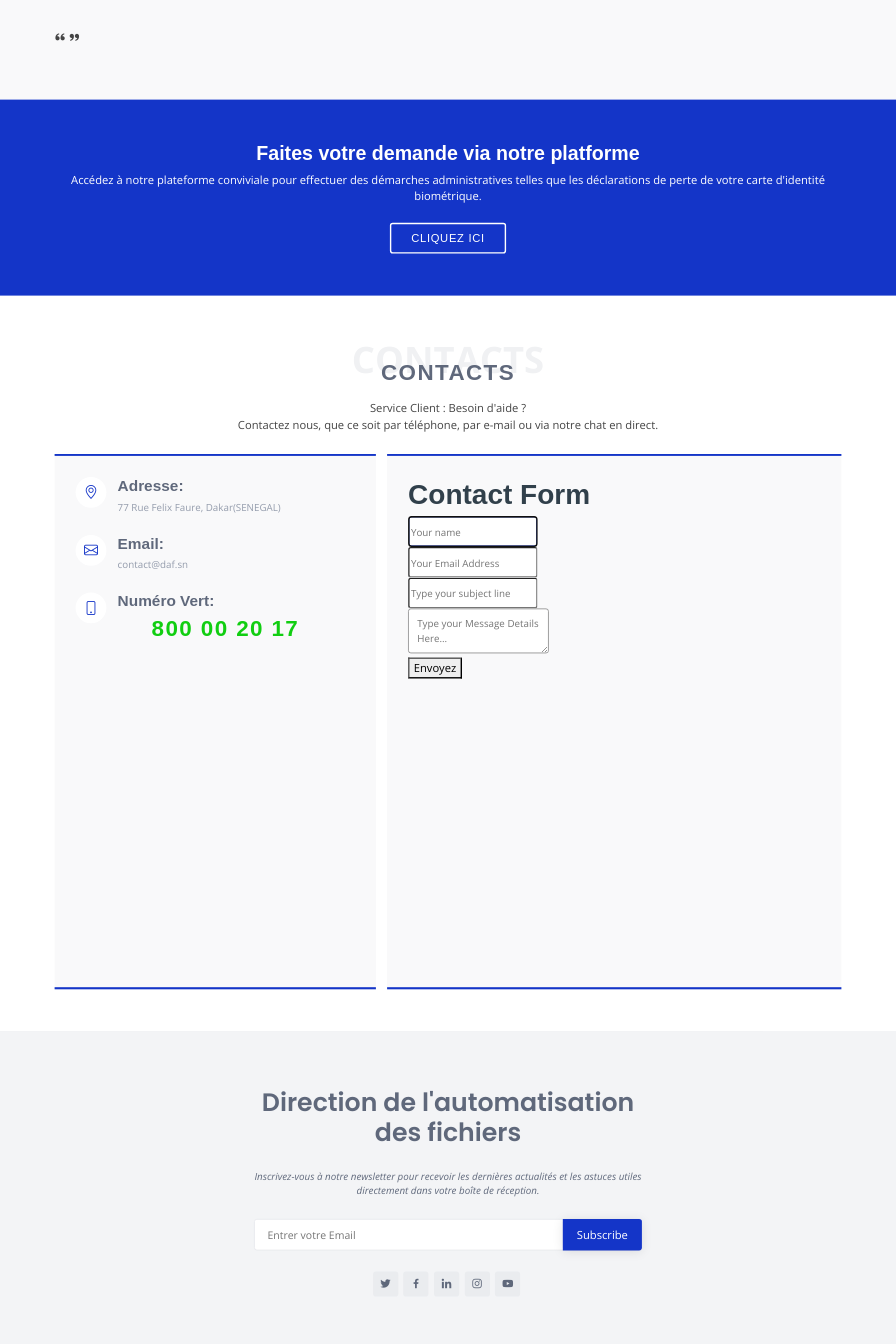
Repository: JunshDev/prodaf
Page: http://localhost/phpmailer/
These files come from the project's save history. The page is drawn as it stood at one moment and after the next save; the edit follows.
The browser window is 1280 px wide. The pictures show the part of the page from y = 4446 to 6366 px (the page is 6480 px tall), at 70% of full size.
Pictures or frames that could not be fetched are drawn as grey boxes. Some web fonts or font styles are not loaded; a fallback is used. Some web libraries are served in a nearby version. The page is run by PHP 8.4 with error messages shown; the project is at /var/www/html/.

Above is the page before, as saved 2023-11-24 15:41:48.

After the next save:
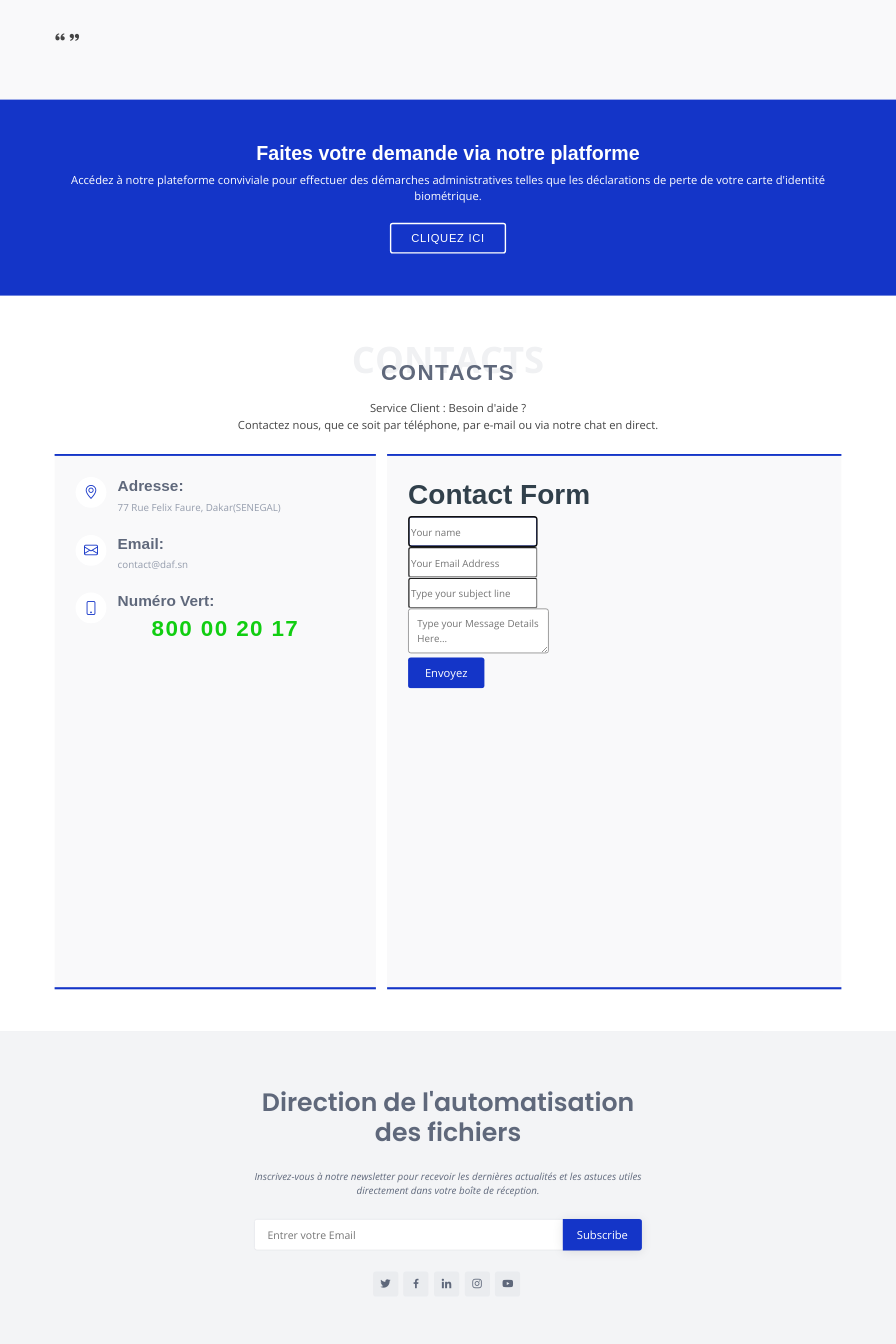
Saved 2 min 40 s later.
--- a/assets/css/style.css
+++ b/assets/css/style.css
@@ -1075,6 +1075,8 @@ section {
   color: #fff;
 }
 
+
+
 .contact .php-email-form {
   width: 100%;
   border-top: 3px solid #1435c8;
@@ -1149,8 +1151,18 @@ section {
   padding: 10px 12px;
 }
 
-
-
+.contact .php-email-form button[type=submit] {
+  background: #1435c8;
+  border: 0;
+  padding: 10px 24px;
+  color: #fff;
+  transition: 0.4s;
+  border-radius: 4px;
+}
+
+.contact .php-email-form button[type=submit]:hover {
+  background: #206bfb;
+}
 
 @keyframes animate-loading {
   0% {
